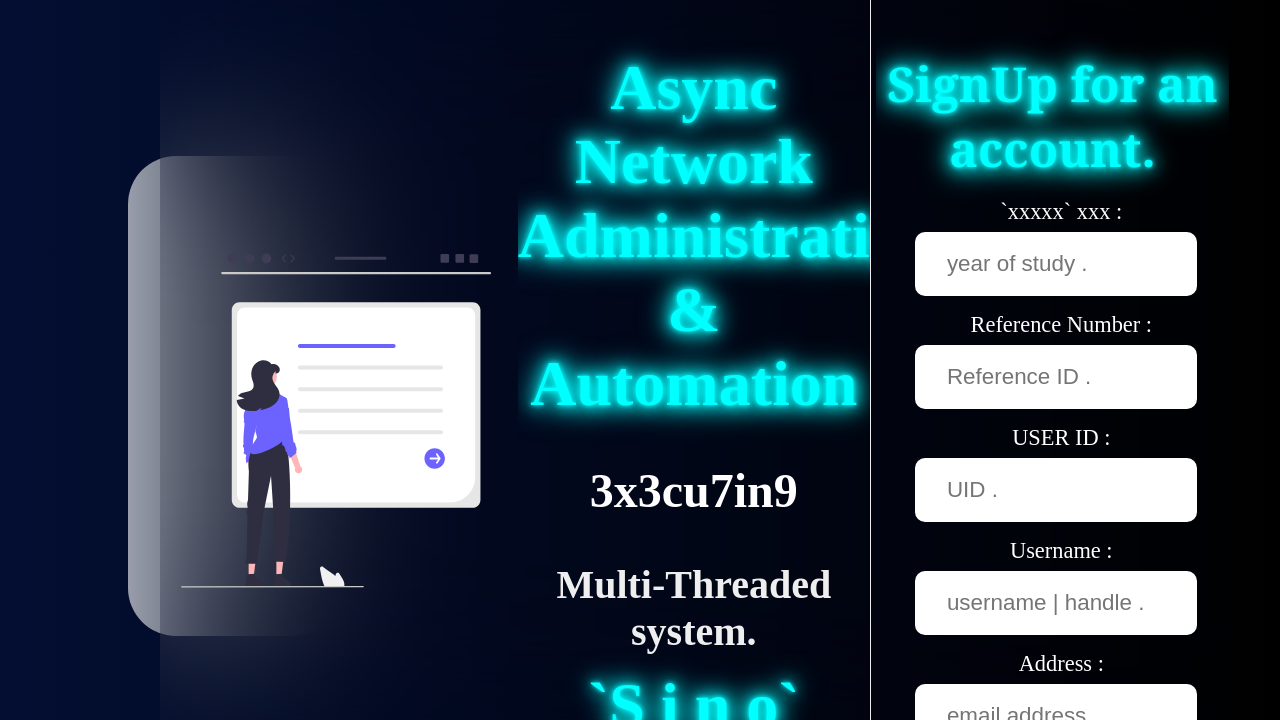
Repository: 3x3cu7er/Shax_001
Page: http://localhost/
The author's editor kept a copy of each file at every save. The page is drawn from the files as they stood at one save, then again after the next save.
The browser window is 1280 px wide. The pictures show the whole page.
The page is served by the project's application, run on Django 4.2 (manage.py). Other server files are loaded and not shown.

Above is the page before, as saved 2024-01-19 19:14:39.

### _3x3c47er_Sino_sys/template/xhome.html
{%load static %}

<!DOCTYPE html>
<html lang="en">
  <head>
    <meta charset="UTF-8" />
    <meta name="viewport" content="width=device-width, initial-scale=1.0" />
    <title>Document</title>
    <link rel="stylesheet" href="{% static '/css/homex.css'%}" />
  </head>
  <body>
    <div class="container">
      <section class="transparency">
        <div class="c1"></div>

        <div class="screen">
          <div class="image">
            <img src="/static/css/icons/course1.svg" alt="" />
          </div>
          <div class="welcome">
            <h1>Async Network Administrating & Automation</h1>
            <h2>3x3cu7in9</h2>
            <h3>Multi-Threaded system.</h3>
            <h1>`S i n o` board</h1>
            <h1>User ID :{{uID}}</h1>
          </div>
          <div class="accounts">
            <!-- accountCreating -->
            <div class="formContainer" id="register">
              <h2>SignUp for an account.</h2>
              <form action="" method="post">
                {% csrf_token%}
                <div class="formItem">
                  <label for="">`xxxxx` xxx :</label>
                  <input
                    type="text"
                    name="level"
                    placeholder="year of study ."
                  />
                </div>
                <div class="formItem">
                  <label for="">Reference Number :</label>
                  <input type="text" name="ref" placeholder="Reference ID ." />
                </div>
                <div class="formItem">
                  <label for="">USER ID :</label>
                  <input type="text" name="uid" placeholder="UID ." />
                </div>
                <div class="formItem">
                  <label for="">Username :</label>
                  <input
                    type="text"
                    name="username"
                    placeholder="username | handle ."
                  />
                </div>
                <div class="formItem">
                  <label for="">Address :</label>
                  <input
                    type="email"
                    name="addrs"
                    placeholder="email address.."
                  />
                </div>
                <div class="formItem">
                  <label for="">Password :</label>
                  <input
                    type="password"
                    name="pass1"
                    placeholder="password.."
                  />
                </div>
                <div class="formItem">
                  <label for="">Password (confirm) :</label>
                  <input
                    type="password"
                    name="pass2"
                    placeholder="password.."
                  />
                </div>
                <div class="formItem">
                  <input type="submit" value="SignUp" />
                </div>
                <div class="formItem" id="blank">
                  <h4>
                    Already have an account ?
                    <a class="sign" id="link1">SignIn</a>.
                  </h4>
                </div>
              </form>
            </div>
            <div id="signIn">
              <form action="" method="get" class="formContainer2">
                {% csrf_token%}
                <div class="formItem">
                  <label for="">Username :</label>
                  <input
                    type="text"
                    name="username"
                    placeholder="username | handle ."
                  />
                </div>
                <div class="formItem">
                  <label for="">Address :</label>
                  <input
                    type="email"
                    name="addrs"
                    placeholder="email address.."
                  />
                </div>
                <div class="formItem">
                  <label for="">Password :</label>
                  <input
                    type="password"
                    name="pass1"
                    placeholder="password.."
                  />
                </div>
                <div class="formItem">
                  <input type="submit" value="SignIn" />
                </div>
                <div class="formItem">
                  <h4>
                    have no account ? <a class="sign" id="link2">SignUp</a>.
                  </h4>
                </div>
              </form>
            </div>
          </div>
        </div>
      </section>
    </div>
    <script src="{% static '/js/sign.js'%}"></script>
  </body>
</html>

### _3x3c47er_Sino_sys/_hadez_/views.py
from django.shortcuts import render

# Create your views here.
# system navs


def x1(request):
    return render(request, "xterminal.html")


# system navs
def x2(request):
    return render(request, "xupdate.html")


# system navs
def x3(request):
    return render(request, "xbase.html")


# system navs
def x4(request):
    return render(request, "xmain.html")


# system navs
def x5(request):
    return render(request, "sys_manage.html")


# system navs
def x6(request):
    return render(request, "root_parent.html")


# system navs
def x7(request):
    return render(request, "dash_content_overview.html")


# system navs
def x8(request):

    # if request.method == 'POST':
    #     uname = '*****'
    #     addr = 'account@mail.com'
    #     refnum = '**********'
    #     commentRef = request.POST.get('comID')
    #     label = request.POST.get('label')
    #     message = request.POST.get('message')
    #     newComment = comments(commentID=commentRef, label=label, details=message)
    #     newComment.save()

    if request.method == 'GET':
        uname = '*****'
        addr = 'account@mail.com'
        refnum = '**********'
        ref = request.GET.get('search')
        # users = userCredentials.objects.all()
        # for userAccount in users:
        #     if str(userAccount.referenceNumber) == str(ref):
        #         print('yh..')
        #         uname = userAccount.uname
        #         addr = userAccount.Address
        #         refnum = userAccount.referenceNumber

    return render(request, 'xlanding.html', {'uname':uname, 'addr':addr, 'refnum':refnum})


# system navs
def x9(request):
    return render(request, "xhome.html")


# system navs
def x10(request):
    return render(request, "board_confg.html")


# system navs
def x11(request):
    return render(request, "temp_access_stud.html")


# system navs
def x12(request):
    return render(request, "xactive.html")


# system navs
def x13(request):
    return render(request, "xplatform.html")


# system navs
def x14(request):
    return render(request, "sys_major.html")

### _3x3c47er_Sino_sys/_3x3c47er_Sino_sys/urls.py
"""_3x3c47er_Sino_sys URL Configuration

The `urlpatterns` list routes URLs to views. For more information please see:
    https://docs.djangoproject.com/en/4.0/topics/http/urls/
Examples:
Function views
    1. Add an import:  from my_app import views
    2. Add a URL to urlpatterns:  path('', views.home, name='home')
Class-based views
    1. Add an import:  from other_app.views import Home
    2. Add a URL to urlpatterns:  path('', Home.as_view(), name='home')
Including another URLconf
    1. Import the include() function: from django.urls import include, path
    2. Add a URL to urlpatterns:  path('blog/', include('blog.urls'))
"""
from django.contrib import admin
from django.urls import path, include

urlpatterns = [
    path('admin/', admin.site.urls),
    path("", include("_hadez_.urls")),
    path("xterminal/", include("_hadez_.urls")),
    path('main/', include('_hadez_.urls')),
    path('update-my-data/', include('_hadez_.urls')),
    path('records/', include('_hadez_.urls')),
    path('menu/', include('_hadez_.urls')),
    path('monitor/', include('_hadez_.urls')),
    path('platform/', include('_hadez_.urls')),
]

### _3x3c47er_Sino_sys/_hadez_/urls.py
from django.urls import path
from . import views
urlpatterns = [
    path("xterminal/", views.x1, name="xterminal"),
    path("xupdate/", views.x2, name="xupdate"),
    path("xbase/", views.x3, name="xbase"),
    path("xmain/", views.x4, name="xmain"),
    path("sys_manage/", views.x5, name="sys_manage"),
    path("root_parent/", views.x6, name="root_parent"),
    path("dash_content_overview/", views.x7, name="dash_content_overview"),
    path("xlanding/", views.x8, name="xlanding"),
    path("", views.x9, name="xhome"),
    path("board_confg/", views.x10 , name="board_confg"),
    path("temp_access_student/", views.x11 , name="temp_access_student"),
    path("xactive/", views.x12 , name="xactive"),
    path("xplatform/", views.x13 , name="xplatform"),
    path("sys_major/", views.x14 , name="sys_major"),
]

### _3x3c47er_Sino_sys/static/css/homex.css
* {
  margin: 0;
  padding: 0;
  box-sizing: border-box;
}
body {
  display: flex;
  align-items: center;
  justify-content: center;
  text-align: center;
  height: 100vh;
  width: 100%;
}

.container {
  width: 100%;
  height: 100%;
  align-items: center;
  justify-content: center;
  display: flex;
  overflow: hidden;
  background: linear-gradient(to right, silver, rgba(72, 129, 129, 0.592));
}

a {
  text-decoration: none;
  color: red;
  font-size: 1.4rem;
  font-family: Georgia, "Times New Roman", Times, serif;
}
a:hover {
  cursor: pointer;
}

label {
  font-size: 1.4rem;
  margin-left: 5%;
}
input[type="text"],
input[type="date"],
input[type="password"],
input[type="email"] {
  width: 80%;
  height: 4rem;
  margin: 2% 0 1rem 2%;
  padding-left: 2rem;
  outline: none;
  border-radius: 10px;
  border: none;
  font-size: 1.4rem;
}
#signIn {
  margin-top: 15%;
  margin-bottom: 60%;
  height: 100%;
  padding-top: 50%;
  display: none;
}
#register {
  height: 110%;
  margin-bottom: 25%;
}
#register h2 {
  margin-bottom: 5%;
  font-size: 3rem;
  color: aqua;
  text-shadow: 0 0 5px aqua, 0 0 15px aqua, 0 0 25px aqua, 0 0 35px aqua;
  font-family: Georgia, "Times New Roman", Times, serif;
}
form input[type="submit"] {
  width: 25%;
  height: 3rem;
  margin: 2% 0 1rem 6%;
  padding-left: 0.5rem;
  outline: none;
  border-radius: 10px;
  border: none;
  font-size: 1.4rem;
  text-align: center;
}

.transparency {
  width: 100%;
  height: 100%;
  background: linear-gradient(to right, rgba(3, 14, 50), rgba(0, 0, 0));
  backdrop-filter: blur(5rem);
  z-index: 2;
  text-align: center;
  overflow: hidden;
  display: flex;
  align-items: center;
  justify-content: center;
}

.logoImage {
  width: 50%;
  height: 100%;
  text-align: center;
  overflow: hidden;
  display: flex;
  align-items: center;
  justify-content: center;
}

.c1,
.c2 {
  width: 30rem;
  height: 30rem;
  position: relative;
  border-radius: 3rem;
  -webkit-border-radius: 3rem;
  -moz-border-radius: 3rem;
  -ms-border-radius: 3rem;
  -o-border-radius: 3rem;
}
.c1 {
  background: linear-gradient(
    to right,
    rgba(255, 255, 255, 0.6),
    rgba(0, 0, 0, 0.3)
  );
  top: 5%;
  left: 70%;
  animation: top 1s linear infinite;
  transition: 2s ease-in-out;
  -webkit-transition: 2s ease-in-out;
  -moz-transition: 2s ease-in-out;
  -ms-transition: 2s ease-in-out;
  -o-transition: 2s ease-in-out;
}

c2 {
  background: linear-gradient(
    to right,
    rgba(255, 255, 255, 0.4),
    rgba(0, 0, 0, 0.3)
  );
  top: 50%;
  right: 70%;
  animation: top 1s linear infinite;
  transition: 2s ease-in-out;
  -webkit-transition: 2s ease-in-out;
  -moz-transition: 2s ease-in-out;
  -ms-transition: 2s ease-in-out;
  -o-transition: 2s ease-in-out;
}
@keyframes top {
  0% {
    left: 10%;
  }
  45% {
    transform: rotateZ(35deg);
    -webkit-transform: rotateZ(35deg);
    -moz-transform: rotateZ(35deg);
    -ms-transform: rotateZ(35deg);
    -o-transform: rotateZ(35deg);
  }
  60% {
    transform: rotateZ(80deg);
    -webkit-transform: rotateZ(80deg);
    -moz-transform: rotateZ(80deg);
    -ms-transform: rotateZ(80deg);
    -o-transform: rotateZ(80deg);
  }
}

@keyframes down {
  0% {
    right: 10%;
  }
  45% {
    transform: rotateZ(-35deg);
    -webkit-transform: rotateZ(-35deg);
    -moz-transform: rotateZ(-35deg);
    -ms-transform: rotateZ(-35deg);
    -o-transform: rotateZ(-35deg);
  }
  60% {
    transform: rotateZ(-80deg);
    -webkit-transform: rotateZ(-80deg);
    -moz-transform: rotateZ(-80deg);
    -ms-transform: rotateZ(-80deg);
    -o-transform: rotateZ(-80deg);
  }
}

.transparency .screen {
  width: 190%;
  height: 160%;
  backdrop-filter: blur(5rem);
  z-index: 2;
  text-align: center;
  display: flex;
  align-items: center;
  gap: 0.5%;
  justify-content: center;
  position: relative;
  right: 4%;
  color: white;
}

.welcome,
.accounts,
.image {
  width: 50%;
  height: 100%;
  text-align: center;
  overflow: auto;
  color: white;
  padding-top: 25%;
  padding-bottom: 10%;
}
.welcome {
  border-right: 1px solid #eee;
}
.welcome h1 {
  color: aqua;
  font-size: 4rem;
  text-shadow: 0 0 5px aqua, 0 0 15px aqua, 0 0 25px aqua, 0 0 35px aqua;
}
.welcome h3 {
  color: #eee;
  font-size: 2.5rem;
  margin: 12% 0 4% 0;
}

.welcome h2 {
  margin: 12% 0 4% 0;
  font-size: 3rem;
}

.image img {
  width: 88%;
  height: 95%;
}

### _3x3c47er_Sino_sys/static/js/sign.js
register = document.querySelector("#register");

sign = document.querySelector("#signIn");
link1 = document.querySelector("#link1");
link2 = document.querySelector("#link2");
// sign.addEventListener("click", function (e) {
//   signUp.style.display = "block";
//   signUp.style.marginTop = "-25%";
//   register.style.display = "none";
// });
// signUp.addEventListener("click", function (e) {
//   signIn.style.display = "none";
//   register.style.display = "block";
// });

link1.addEventListener("click", function (e) {
  sign.style.display = "block";
  sign.style.marginTop = "25%";
  register.style.display = "none";
});
link2.addEventListener("click", function (e) {
  signIn.style.display = "none";
  register.style.display = "block";
});

Loaded but not shown: _3x3c47er_Sino_sys/static/css/icons/course1.svg (1 lines, source omitted)

After the next save:
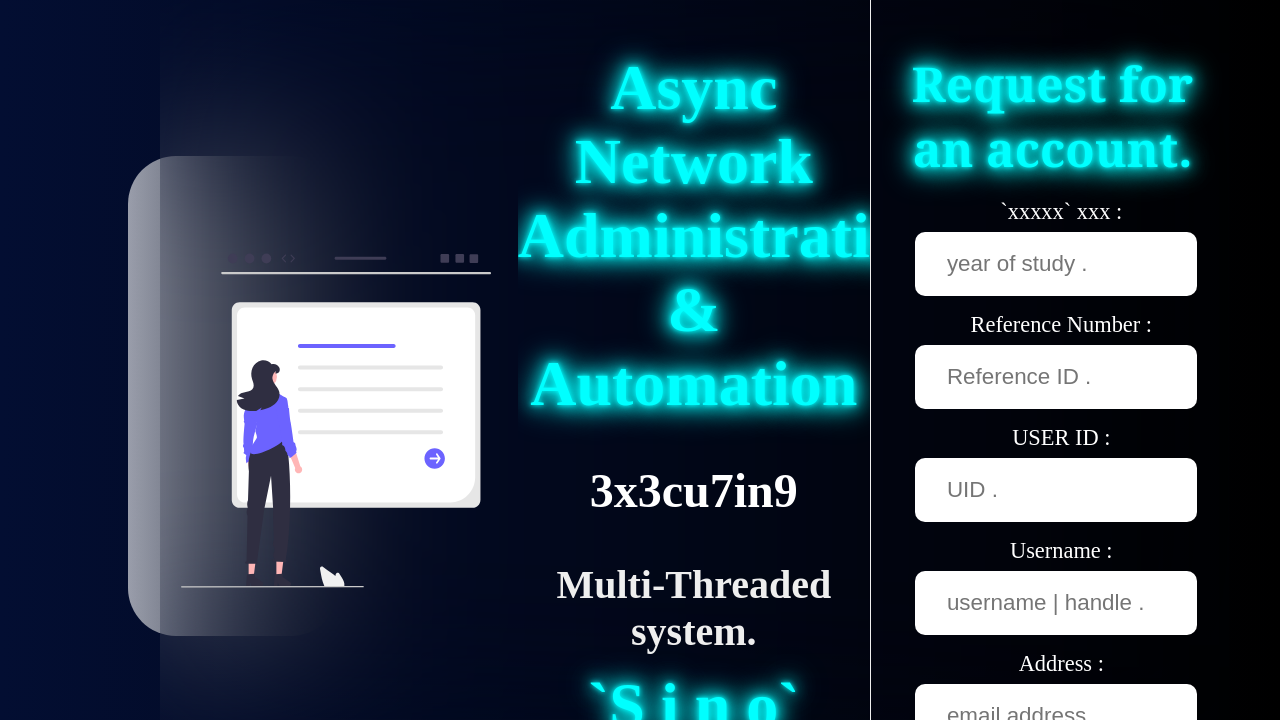
Saved 94 s later.
--- a/_3x3c47er_Sino_sys/template/xhome.html
+++ b/_3x3c47er_Sino_sys/template/xhome.html
@@ -22,12 +22,12 @@
             <h2>3x3cu7in9</h2>
             <h3>Multi-Threaded system.</h3>
             <h1>`S i n o` board</h1>
-            <h1>User ID :{{uID}}</h1>
+            <h1>Net token ID :{{uID}}</h1>
           </div>
           <div class="accounts">
             <!-- accountCreating -->
             <div class="formContainer" id="register">
-              <h2>SignUp for an account.</h2>
+              <h2>Request for an account.</h2>
               <form action="" method="post">
                 {% csrf_token%}
                 <div class="formItem">
